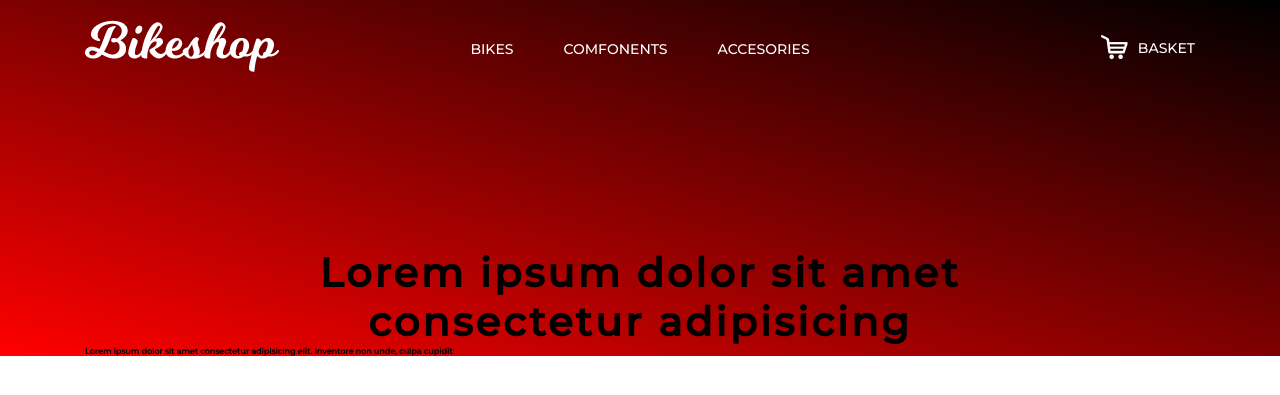
Repository: vanphongnguyen1/webDemo
Page: Bikeshop/index.html
An editor plug-in stored every save of this project. The page is shown before and after the next save, followed by the edit.
The browser window is 1280 px wide. The pictures show the whole page.
The style sheet was rebuilt from its Sass, Less or Tailwind sources for each picture, by a compiler version that may differ from the author's.

Above is the page before, as saved 2020-09-04 14:15:50.

### Bikeshop/index.html
<!DOCTYPE html>
<html lang="en">
<head>
    <meta charset="UTF-8">
    <meta name="viewport" content="width=device-width, initial-scale=1.0">
    <title>Document</title>
    <link href="https://fonts.googleapis.com/css2?family=Montserrat:wght@300;500&display=swap" rel="stylesheet">
    <link rel="stylesheet" href="./css/bootstrap-grid.min.css">
    <link rel="stylesheet" href="./css/style.css">
</head>
<body>
    <header>
        <div class="container">
            <div class="nav">
                <div class="row">
                    <div class="col-3">
                        <div class="logo">
                            <img src="./img/logo-text.png" alt="#Text Logo">
                        </div>
                    </div>
                    <div class="col-6">
                        <div class="menu">
                            <ul class="menu__list">
                                <li class="menu__item">
                                    <a href="" class="menu__text">bikes</a>
                                </li>
                                <li class="menu__item">
                                    <a href="" class="menu__text">comfonents</a>
                                </li>
                                <li class="menu__item">
                                    <a href="" class="menu__text">accesories</a>
                                </li>
                            </ul>
                        </div>
                    </div>
                    <div class="col-3">
                        <div class="card">
                            <a href="" class="card__table">
                                <img src="./img/icon.png" alt="#Product">
                                <span class="card__text">basket</span>
                            </a>
                        </div>
                    </div>
                </div>
            </div>
            <div class="heading__title">
                <h1>Lorem ipsum dolor sit amet consectetur adipisicing</h1>
                <h6>Lorem ipsum dolor sit amet consectetur adipisicing elit. Inventore non unde, culpa cupidit</h6>
            </div>
        </div>
    </header>
</body>
</html>

### Bikeshop/sass/style.scss
@import './abstracts/varliber';
@import './base/base';
@import './components/header';

### Bikeshop/sass/abstracts/_varliber.scss
$bg-btn: #3c3c3c;
$color-grey: #888888;
$color-grey-line: #c2c1c1;
$color-with: #ffffff;
$color-black: #000000;
$font-Montserrat: 'Montserrat', sans-serif;

### Bikeshop/sass/base/_base.scss
* {
    margin: 0;
    padding: 0;
    box-sizing: border-box;
    outline: none;
}
html {
    font-size: 10px;
}
body {
    font-size: 1.2rem;
    font-family: $font-Montserrat;
}
a {
    text-decoration: none;
    color: inherit;
}
input, button, textarea {
    font-family: inherit;
}
ul {
    margin: 0;
    padding: 0
}
h1, h2, h3, h4, h5, h6, p {
    margin: 0;
    padding: 0;
    line-height: inherit
}
img {
    max-width: 100%;
    display: block;
}

### Bikeshop/sass/components/_header.scss
header {
    background-image: linear-gradient(to top right,red,black),;
    // height: 100vh;
    .nav {
        padding: 2rem 0;
        .logo {}
        .menu {
            &__list {
                text-transform: uppercase;
                display: flex;
                justify-content: center;
                align-items: center;
                padding: 1rem 0;
            }
            &__item {
                font-size: 1.4rem;
                display: inline-block;
                padding: 1rem 2.5rem;
                // font-weight: 600;
            }
            &__text {
                color: $color-with;
                &:hover {
                    color: $color-grey;
                }
            }
        }
        .card{
            text-align: right;
            text-align: -webkit-right;
            padding: 1.5rem 0;
            &__table {
                display: flex;
                justify-content: flex-end;
                align-items: center;
                span {
                    font-size: 1.4rem;
                    text-transform: uppercase;
                    color: $color-with;
                    margin-left: 1rem;
                }
            }
        }
    }
    .heading__title {
        margin-top: 15rem;
        h1 {
            width: 60%;
            font-size: 4rem;
            text-align: center;
            margin: 0 auto;
            letter-spacing: 3px;
        }
    }
}

Loaded but not shown: Bikeshop/css/bootstrap-grid.min.css (library)

After the next save:
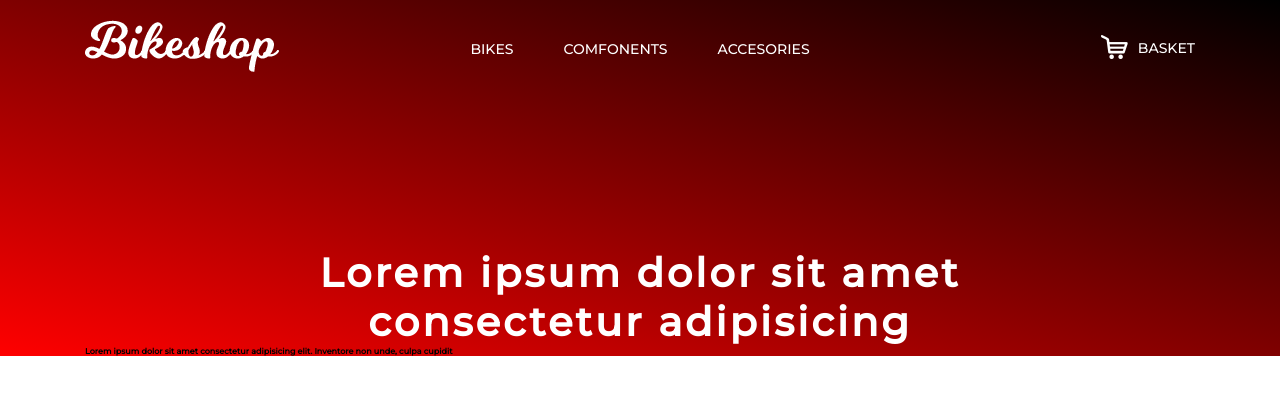
Saved 23 s later.
--- a/Bikeshop/sass/components/_header.scss
+++ b/Bikeshop/sass/components/_header.scss
@@ -50,6 +50,7 @@ header {
             text-align: center;
             margin: 0 auto;
             letter-spacing: 3px;
+            color: $color-with;
         }
     }
 }
